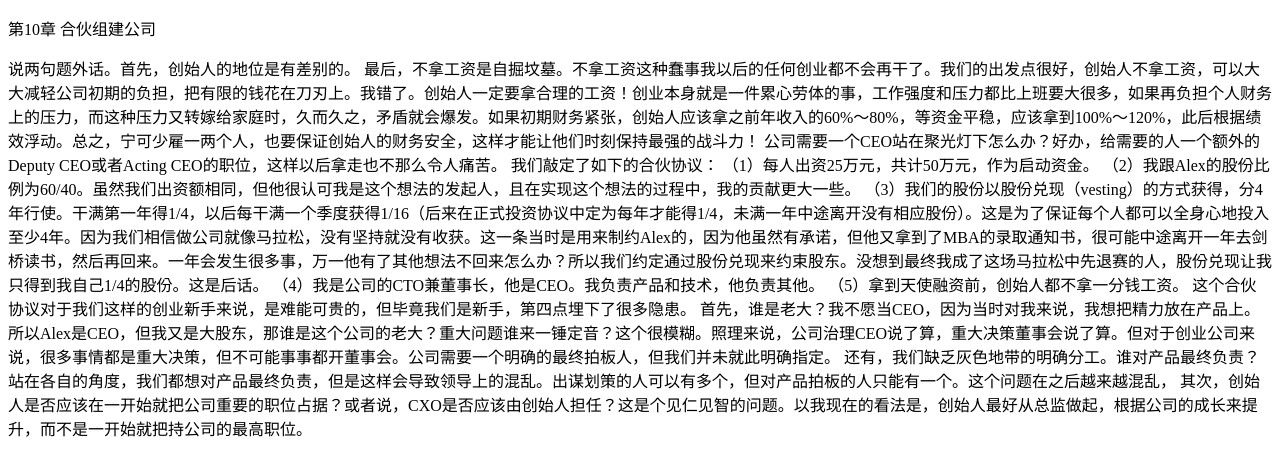
Repository: xudusheng/SSM
Page: SpringMVC/WebContent/HTML/first.html
The author's editor kept a copy of each file at every save. The page is drawn from the files as they stood at one save, then again after the next save.
The browser window is 1280 px wide. The pictures show the whole page.

Above is the page before, as saved 2016-07-20 07:24:41.

### SpringMVC/WebContent/HTML/first.html
<!DOCTYPE html>
<html>
<head>
<meta charset="UTF-8">
<title>Insert title here</title>
</head>
<body>
	<p class='title'>第10章 合伙组建公司</p>
	说两句题外话。首先，创始人的地位是有差别的。
	最后，不拿工资是自掘坟墓。不拿工资这种蠢事我以后的任何创业都不会再干了。我们的出发点很好，创始人不拿工资，可以大大减轻公司初期的负担，把有限的钱花在刀刃上。我错了。创始人一定要拿合理的工资！创业本身就是一件累心劳体的事，工作强度和压力都比上班要大很多，如果再负担个人财务上的压力，而这种压力又转嫁给家庭时，久而久之，矛盾就会爆发。如果初期财务紧张，创始人应该拿之前年收入的60%～80%，等资金平稳，应该拿到100%～120%，此后根据绩效浮动。总之，宁可少雇一两个人，也要保证创始人的财务安全，这样才能让他们时刻保持最强的战斗力！

	公司需要一个CEO站在聚光灯下怎么办？好办，给需要的人一个额外的Deputy CEO或者Acting
	CEO的职位，这样以后拿走也不那么令人痛苦。 我们敲定了如下的合伙协议： （1）每人出资25万元，共计50万元，作为启动资金。
	（2）我跟Alex的股份比例为60/40。虽然我们出资额相同，但他很认可我是这个想法的发起人，且在实现这个想法的过程中，我的贡献更大一些。
	（3）我们的股份以股份兑现（vesting）的方式获得，分4年行使。干满第一年得1/4，以后每干满一个季度获得1/16（后来在正式投资协议中定为每年才能得1/4，未满一年中途离开没有相应股份）。这是为了保证每个人都可以全身心地投入至少4年。因为我们相信做公司就像马拉松，没有坚持就没有收获。这一条当时是用来制约Alex的，因为他虽然有承诺，但他又拿到了MBA的录取通知书，很可能中途离开一年去剑桥读书，然后再回来。一年会发生很多事，万一他有了其他想法不回来怎么办？所以我们约定通过股份兑现来约束股东。没想到最终我成了这场马拉松中先退赛的人，股份兑现让我只得到我自己1/4的股份。这是后话。
	（4）我是公司的CTO兼董事长，他是CEO。我负责产品和技术，他负责其他。 （5）拿到天使融资前，创始人都不拿一分钱工资。
	这个合伙协议对于我们这样的创业新手来说，是难能可贵的，但毕竟我们是新手，第四点埋下了很多隐患。
	首先，谁是老大？我不愿当CEO，因为当时对我来说，我想把精力放在产品上。所以Alex是CEO，但我又是大股东，那谁是这个公司的老大？重大问题谁来一锤定音？这个很模糊。照理来说，公司治理CEO说了算，重大决策董事会说了算。但对于创业公司来说，很多事情都是重大决策，但不可能事事都开董事会。公司需要一个明确的最终拍板人，但我们并未就此明确指定。
	还有，我们缺乏灰色地带的明确分工。谁对产品最终负责？站在各自的角度，我们都想对产品最终负责，但是这样会导致领导上的混乱。出谋划策的人可以有多个，但对产品拍板的人只能有一个。这个问题在之后越来越混乱，
	其次，创始人是否应该在一开始就把公司重要的职位占据？或者说，CXO是否应该由创始人担任？这是个见仁见智的问题。以我现在的看法是，创始人最好从总监做起，根据公司的成长来提升，而不是一开始就把持公司的最高职位。

</body>
</html>

After the next save:
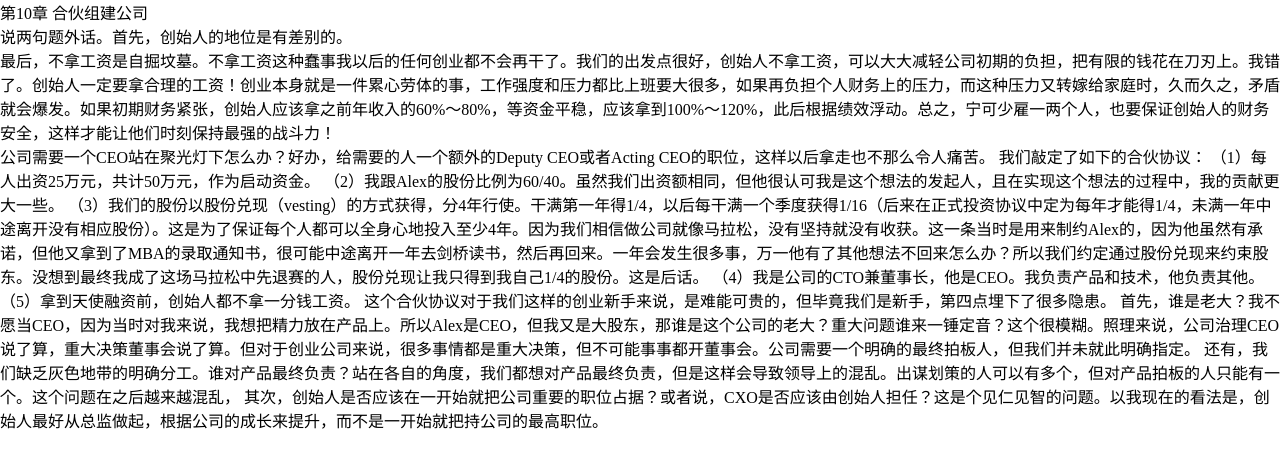
Saved 2 min 56 s later.
--- a/SpringMVC/WebContent/HTML/first.html
+++ b/SpringMVC/WebContent/HTML/first.html
@@ -3,12 +3,15 @@
 <head>
 <meta charset="UTF-8">
 <title>Insert title here</title>
+<style type="text/css">
+	*{ padding:0; margin:0; }
+</style>
 </head>
 <body>
-	<p class='title'>第10章 合伙组建公司</p>
-	说两句题外话。首先，创始人的地位是有差别的。
-	最后，不拿工资是自掘坟墓。不拿工资这种蠢事我以后的任何创业都不会再干了。我们的出发点很好，创始人不拿工资，可以大大减轻公司初期的负担，把有限的钱花在刀刃上。我错了。创始人一定要拿合理的工资！创业本身就是一件累心劳体的事，工作强度和压力都比上班要大很多，如果再负担个人财务上的压力，而这种压力又转嫁给家庭时，久而久之，矛盾就会爆发。如果初期财务紧张，创始人应该拿之前年收入的60%～80%，等资金平稳，应该拿到100%～120%，此后根据绩效浮动。总之，宁可少雇一两个人，也要保证创始人的财务安全，这样才能让他们时刻保持最强的战斗力！
-
+	<p class='article-title'>第10章 合伙组建公司</p>
+	<p class="content-line--grey">说两句题外话。首先，创始人的地位是有差别的。</p>
+	<p>最后，不拿工资是自掘坟墓。不拿工资这种蠢事我以后的任何创业都不会再干了。我们的出发点很好，创始人不拿工资，可以大大减轻公司初期的负担，把有限的钱花在刀刃上。我错了。创始人一定要拿合理的工资！创业本身就是一件累心劳体的事，工作强度和压力都比上班要大很多，如果再负担个人财务上的压力，而这种压力又转嫁给家庭时，久而久之，矛盾就会爆发。如果初期财务紧张，创始人应该拿之前年收入的60%～80%，等资金平稳，应该拿到100%～120%，此后根据绩效浮动。总之，宁可少雇一两个人，也要保证创始人的财务安全，这样才能让他们时刻保持最强的战斗力！
+</p>
 	公司需要一个CEO站在聚光灯下怎么办？好办，给需要的人一个额外的Deputy CEO或者Acting
 	CEO的职位，这样以后拿走也不那么令人痛苦。 我们敲定了如下的合伙协议： （1）每人出资25万元，共计50万元，作为启动资金。
 	（2）我跟Alex的股份比例为60/40。虽然我们出资额相同，但他很认可我是这个想法的发起人，且在实现这个想法的过程中，我的贡献更大一些。
